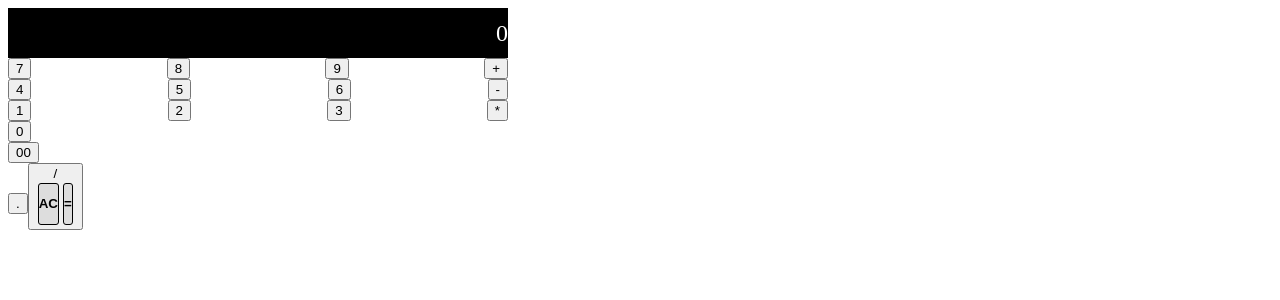
Repository: masa-rock/kadai_jquery_2
Page: index.html
The author's editor kept a record of every edit. The page is drawn from the files as they stood at one moment, then again after the next edit.
The browser window is 1280 px wide. The pictures show the whole page.
Some web libraries are served in a nearby version.

Above is the page before.

After the next edit:
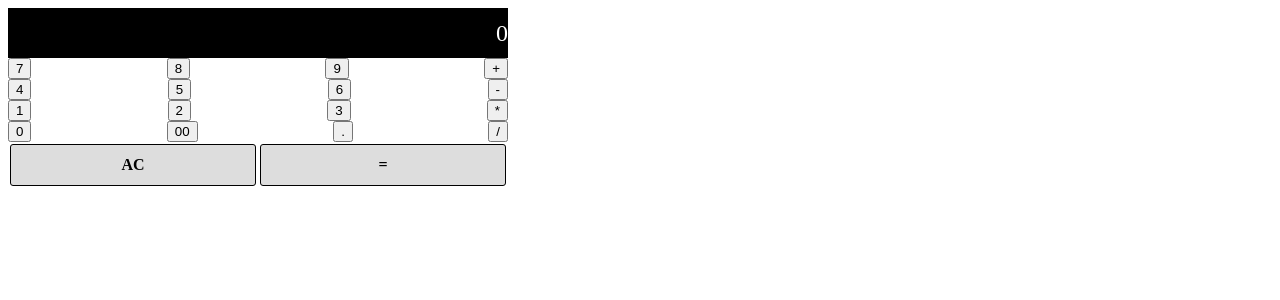
The edit:
--- a/index.html
+++ b/index.html
@@ -30,10 +30,10 @@
               <button id= "com_cal">*</button>
             </div>
             <div class="calculator_command">
-              <button class="com com_0">0</div>
-              <button class="com com_00">00</div>
-              <button class="com com_decimal_point">.</div>
-              <button id= "com_cal">/</div>
+              <button class="com com_0">0</button>
+              <button class="com com_00">00</button>
+              <button class="com com_decimal_point">.</button>
+              <button id= "com_cal">/</button>
             </div>
             <div class="calculator_command">
               <div class="com_ac">AC</div>
